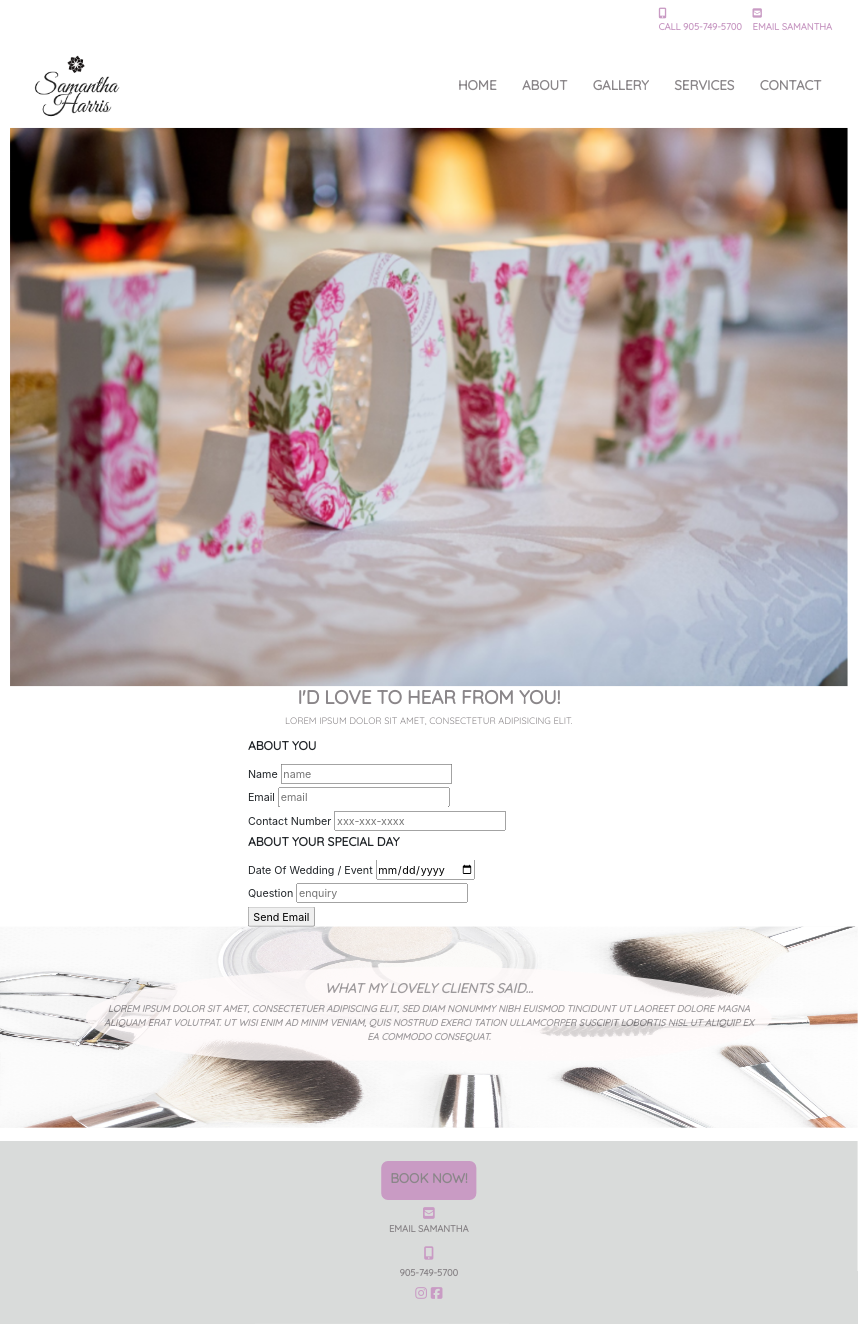
Repository: JayneyNix/milestone-1-UCFD
Page: contact.html
The author's editor kept a record of every edit. The page is drawn from the files as they stood at one moment, then again after the next edit.
The browser window is 1280 px wide. The pictures show the whole page, at 67% of full size.
Some web libraries are served in a nearby version.

Above is the page before.

After the next edit:
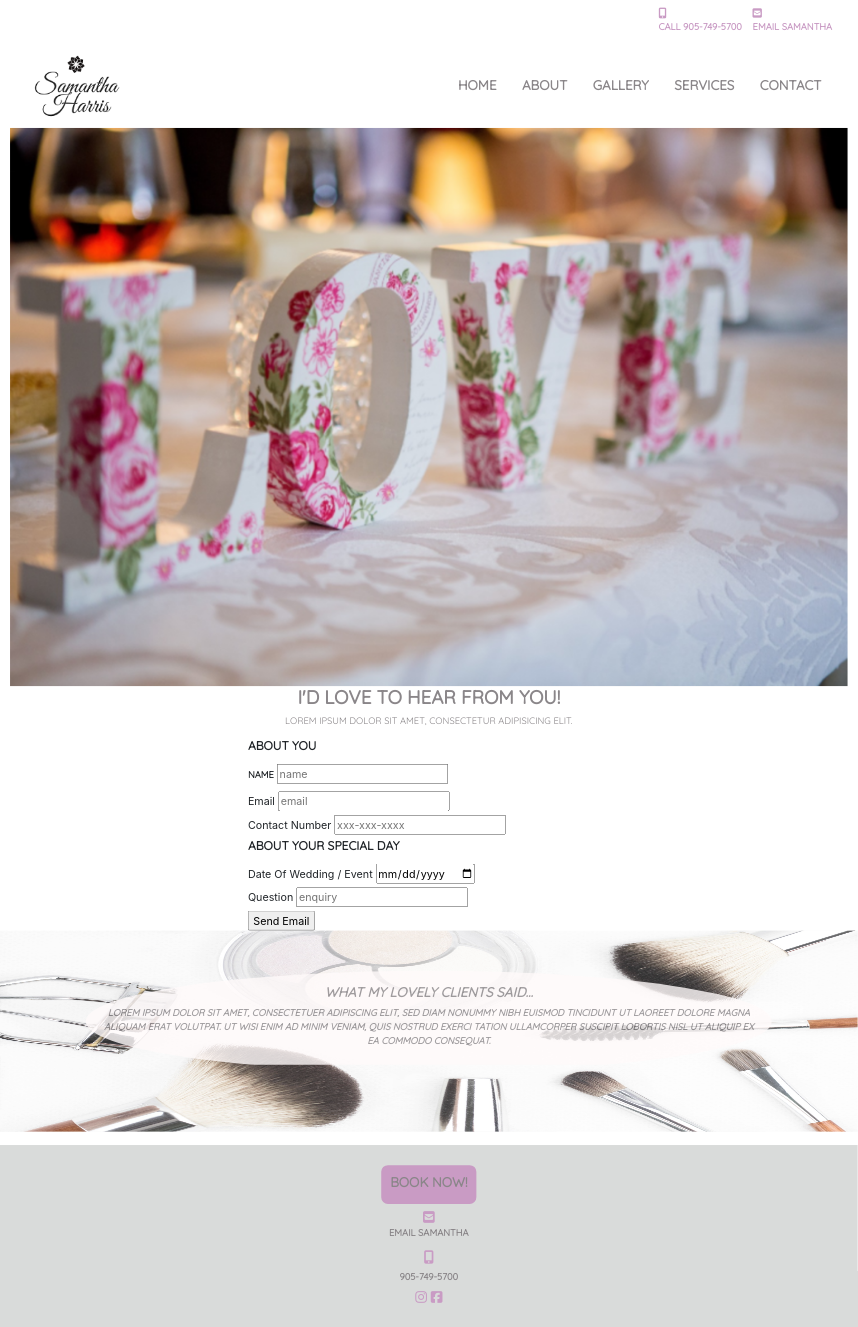
The edit:
--- a/contact.html
+++ b/contact.html
@@ -90,8 +90,8 @@
         <div class="contact-form col-sm-6">
     <form action="send_email.html" method="post">
         <fieldset>
-            <legend><h3 class="h3 headings">About You</h3></legend>
-            <label for="name">Name</label>
+            <legend class="fieldset-1"><h3 class="h3 headings">About You</h3></legend>
+            <label for="name"><h5 class="h5 headings">Name</h5></label>
             <input type="text" id="name" placeholder="name" name="Name"><br>
 
             <label for="email">Email</label>
